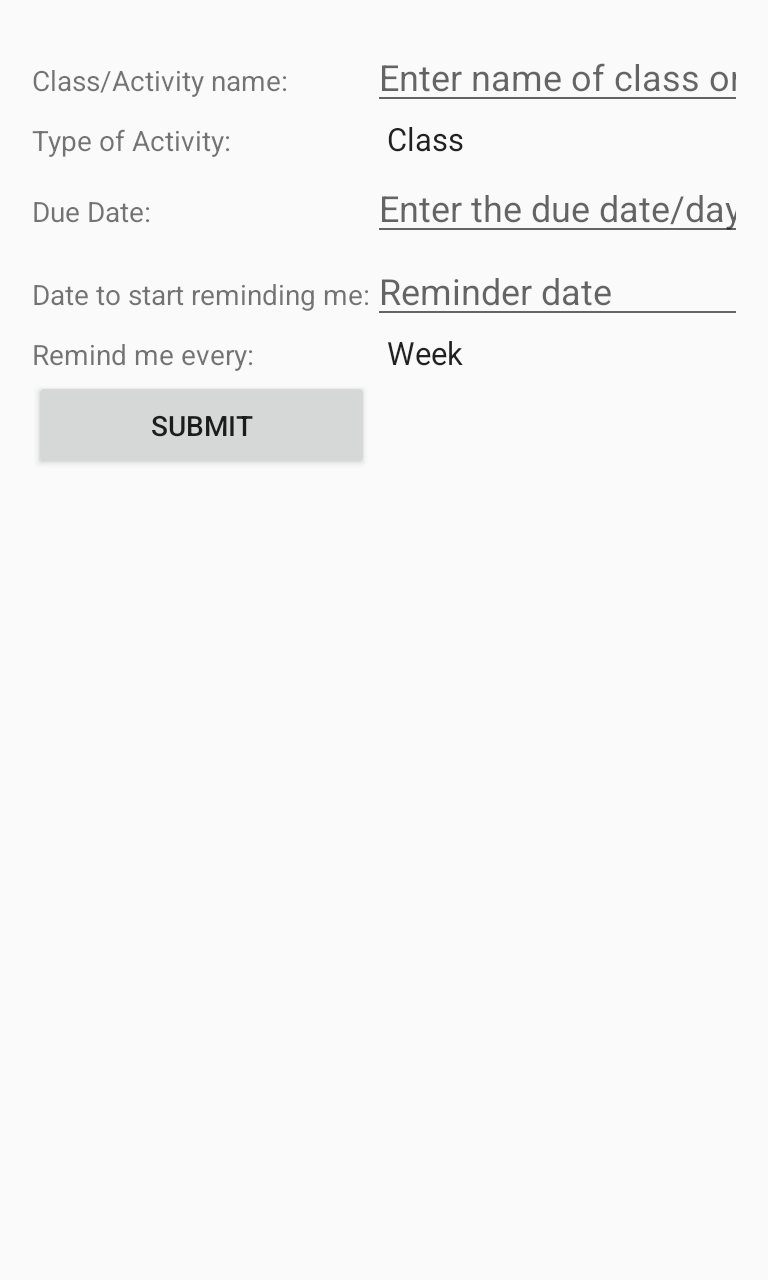
Repository: recursor94/hackathonspring2014
Layout: StudentPlanner/res/layout/fragment_new_endeavor.xml
The author's editor kept a copy of each file at every save. The layout is drawn from the files as they stood at one save, then again after the next save.
It is drawn on a 768 x 1280 px phone screen (xhdpi) without system bars, with theme AppTheme; the app's code is not run.

Above is the layout before, as saved 2014-04-05 19:15:38.

After the next save:
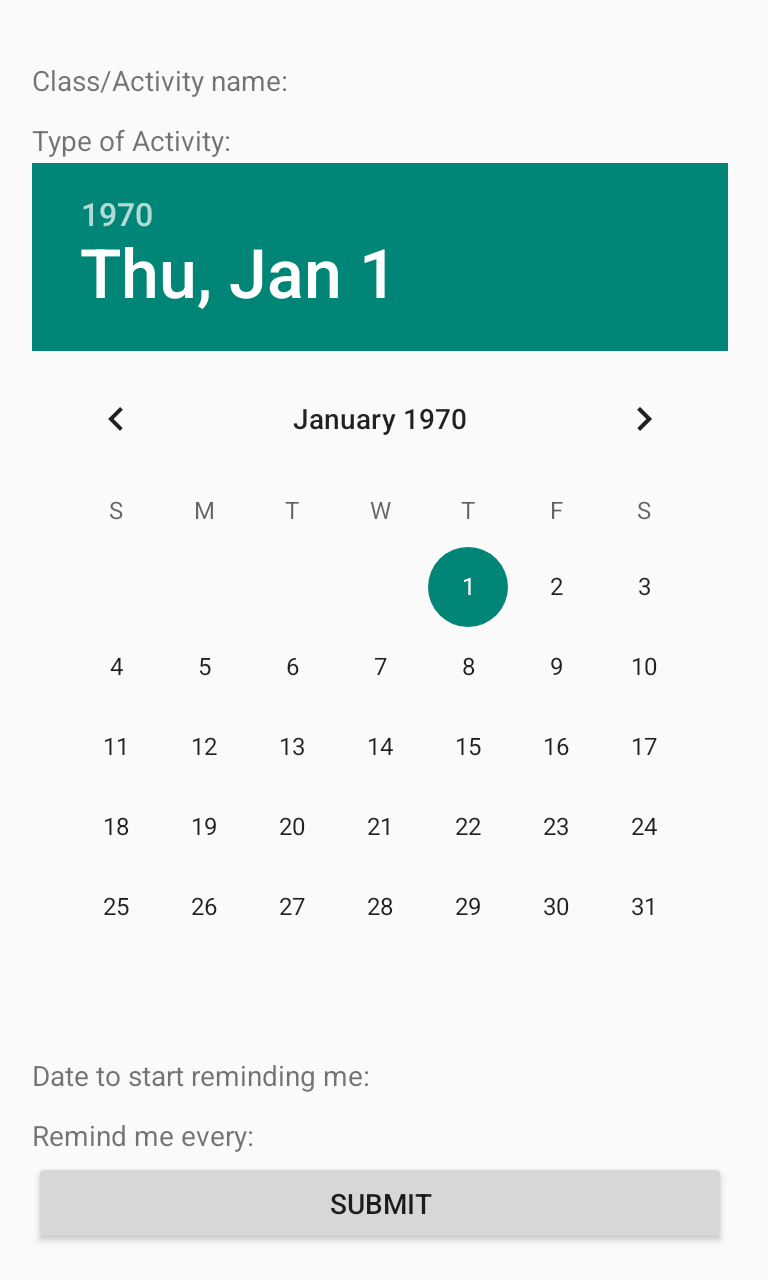
Saved 99 s later.
--- a/StudentPlanner/res/layout/fragment_new_endeavor.xml
+++ b/StudentPlanner/res/layout/fragment_new_endeavor.xml
@@ -44,7 +44,7 @@
         </TableRow>
   <TableRow>
 
-    <TextView
+    <DatePicker
         android:id="@+id/dueDateField"
         android:onClick="showCalendar"
         android:layout_width="wrap_content"
